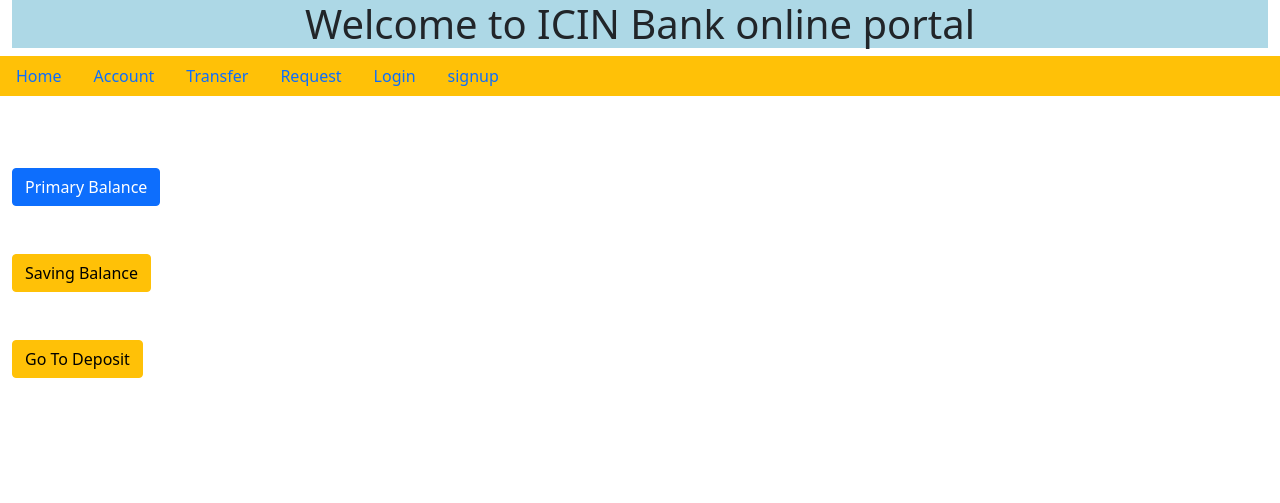
Repository: jha6435/phase3Revision
Page: http://localhost/IcinHome
An editor plug-in stored every save of this project. The page is shown before and after the next save, followed by the edit.
The browser window is 1280 px wide. The pictures show the whole page.
The page is this project's Thymeleaf template; nobody is signed in. The template is opened directly, without the code that normally fills it, so the values that code supplies are empty.

Above is the page before, as saved 2023-07-06 10:05:10.

After the next save:
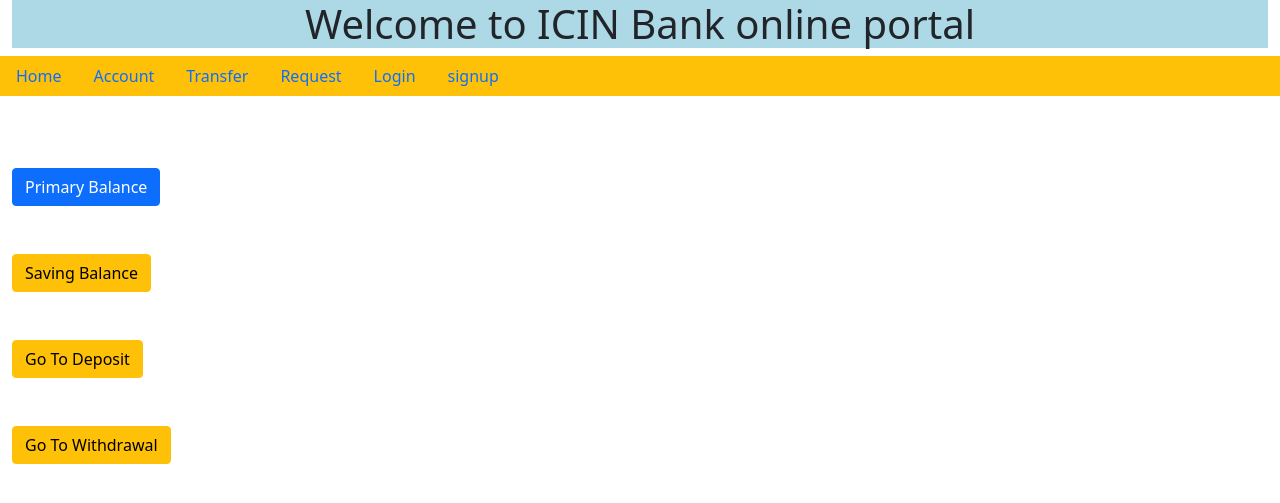
Saved 24 s later.
--- a/ICIN_Banking_Project/src/main/resources/templates/IcinHome.html
+++ b/ICIN_Banking_Project/src/main/resources/templates/IcinHome.html
@@ -46,6 +46,10 @@
     <br>
     <br>
     <button class="btn btn-warning"type="button">Go To Deposit </button>
+     <br>
+    <br>
+    <br>
+    <button class="btn btn-warning"type="button">Go To Withdrawal </button>
    </div>
 
 </body>
